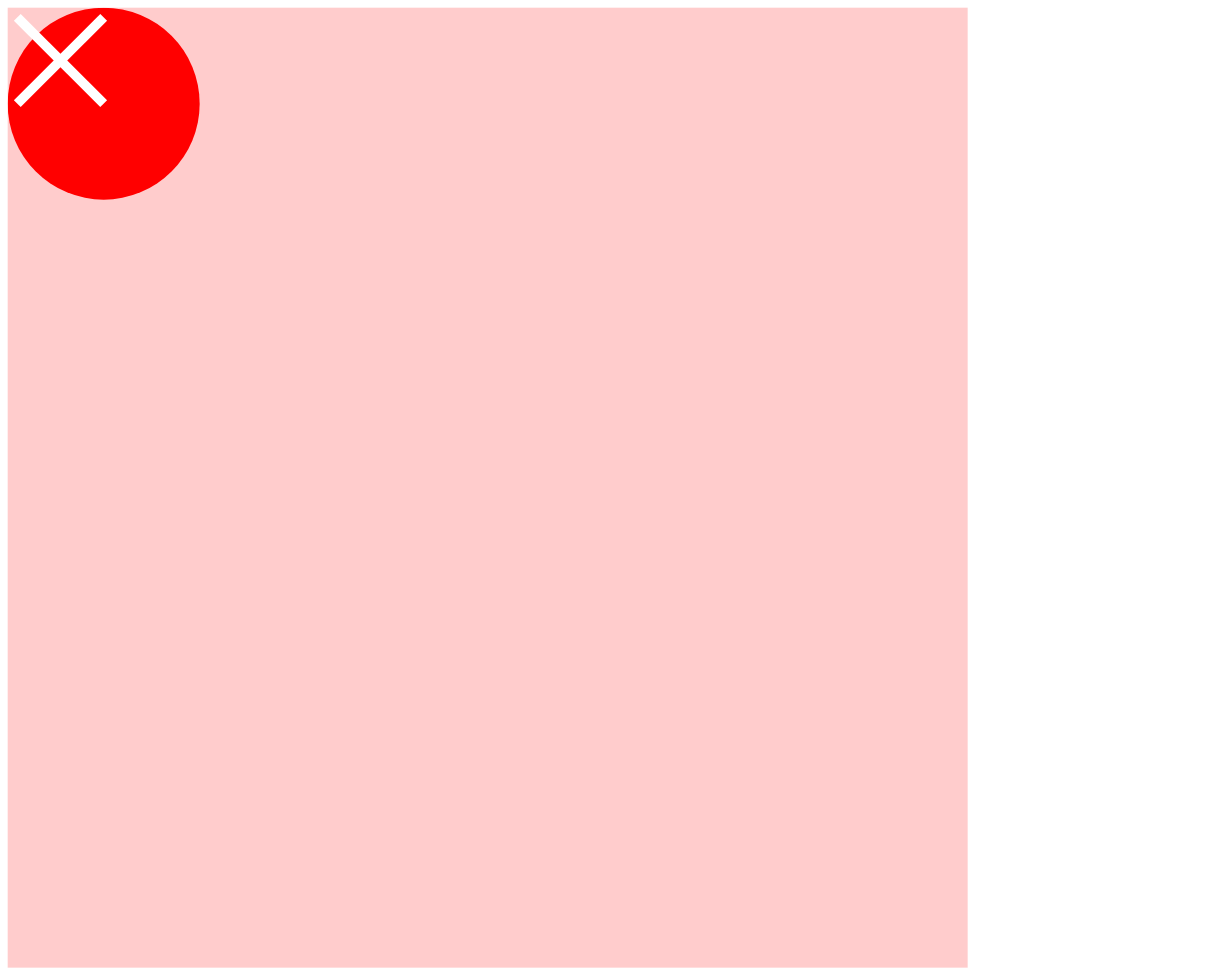
Repository: pixendrit/beetroot-fe-g1
Page: classwork/13 - Scalable Vector Graphics/13-class/index.html
An editor plug-in stored every save of this project. The page is shown before and after the next save, followed by the edit.
The browser window is 1280 px wide. The pictures show the whole page, at 96% of full size.

Above is the page before, as saved 2021-02-10 19:25:06.

After the next save:
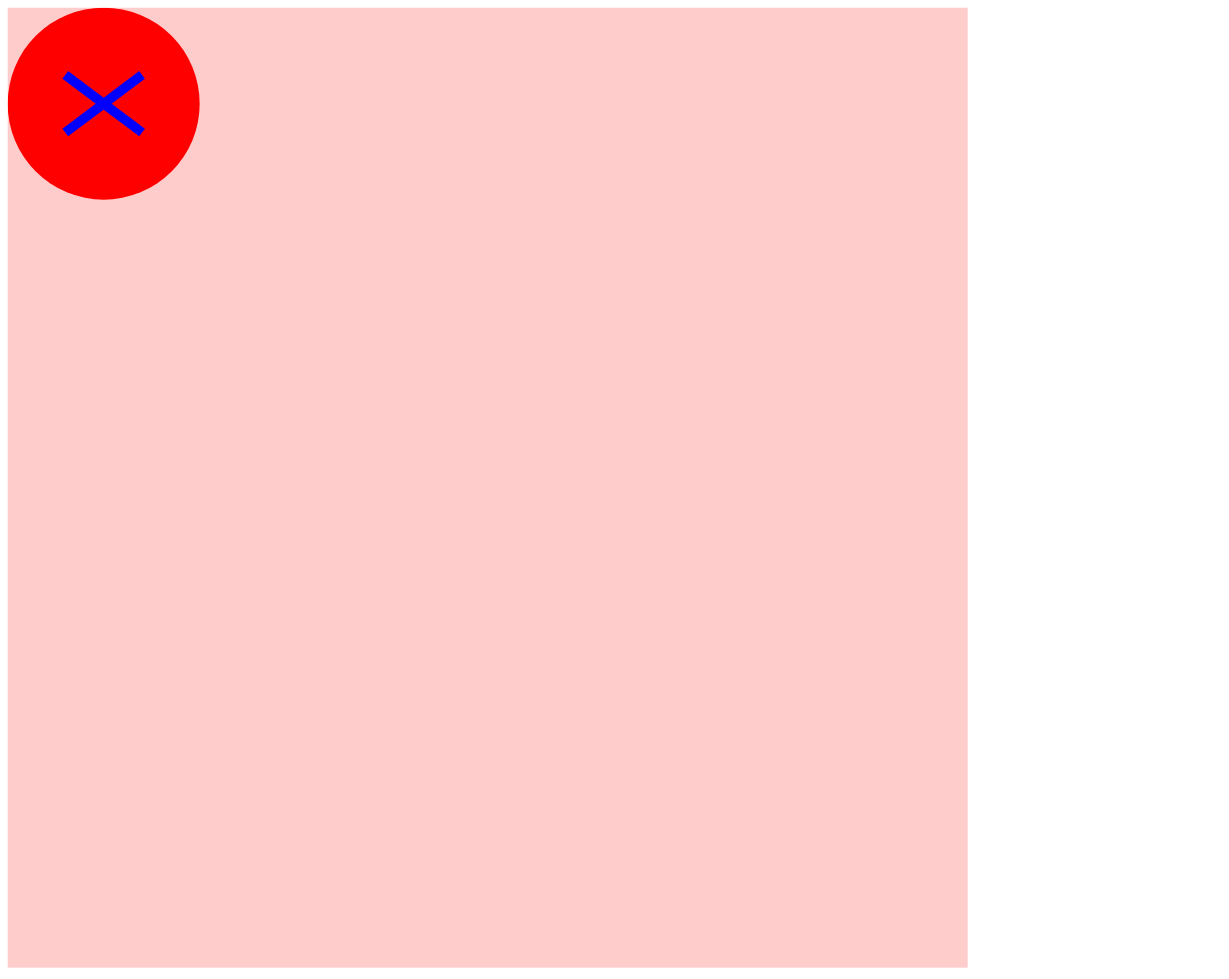
Saved 95 s later.
--- a/classwork/13 - Scalable Vector Graphics/13-class/index.html
+++ b/classwork/13 - Scalable Vector Graphics/13-class/index.html
@@ -12,8 +12,8 @@
 <body>
   <svg width="1000" height="1000">
     <circle r="100" cx="100" cy="100" style="fill:red" />
-    <line x1="10" y1="10" x2="100" y2="100" stroke="white" stroke-width="10" />
-    <line x1="100" y1="10" x2="10" y2="100" stroke="white" stroke-width="10" />
+    <line x1="60" y1="70" x2="140" y2="130" style="stroke: blue;stroke-width:10" />
+    <line x1="140" y1="70" x2="60" y2="130" style="stroke: blue;stroke-width:10" />
 
   </svg>
 
